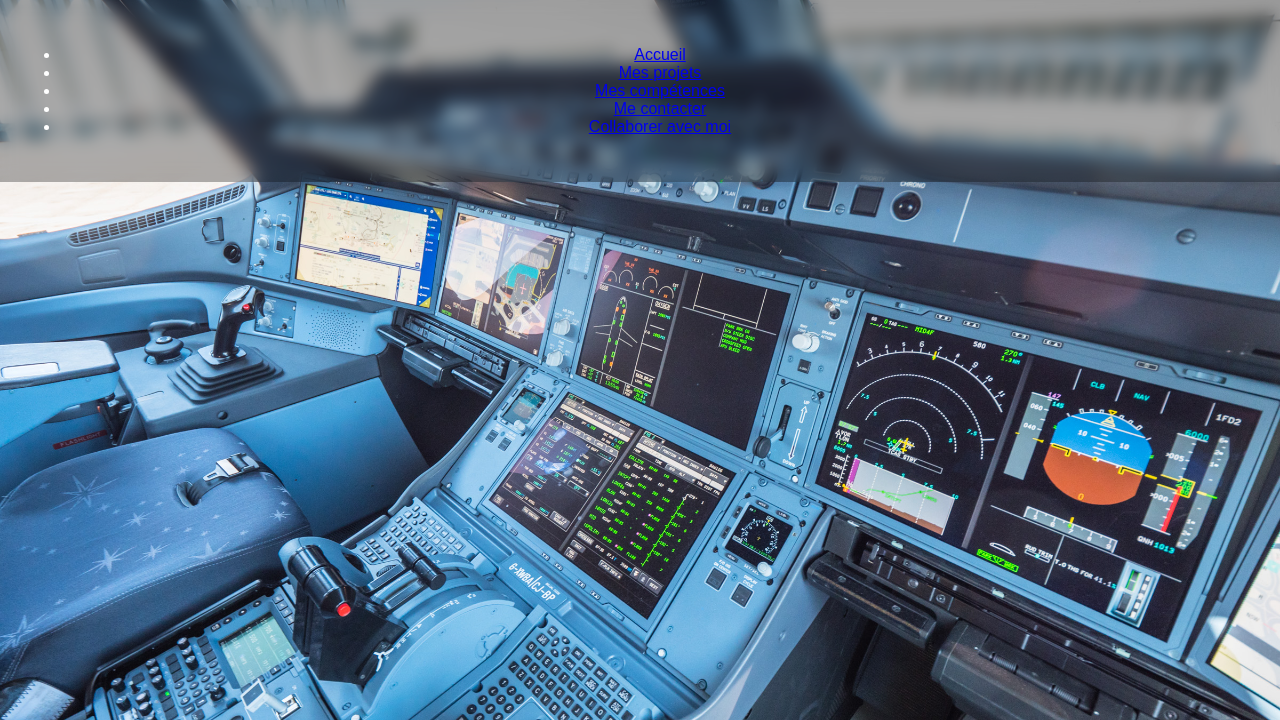
Repository: nlagardere/myportfolio
Page: competences.html
An editor plug-in stored every save of this project. The page is shown before and after the next save, followed by the edit.
The browser window is 1280 px wide. The pictures show the whole page.

Above is the page before, as saved 2025-09-06 10:37:02.

### competences.html
<!DOCTYPE html>
<html lang="en">
<head>
    <meta charset="UTF-8">
    <meta name="viewport" content="width=device-width, initial-scale=1.0">
    <title>Document</title>
    <style>
        body {
      font-family: 'Quicksand', sans-serif;
      margin: 0;
      padding: 0;
      min-height: 100vh;
      display: flex;
      flex-direction: column;
      background: url('a350.jpg') no-repeat center center;
      background-size: cover;
      color: #fff;
    }

    header {
      text-align: center;
      padding: 30px 20px;
      background: rgba(0,0,0,0.3);
      backdrop-filter: blur(8px);
    }

    /* ========== GLASS CARD ========== */
    .glasscard, .competences {
      background: rgba(255, 255, 255, 0.2);
      border-radius: 15px;
      padding: 20px;
      margin: 20px auto;
      max-width: 800px;
      backdrop-filter: blur(10px);
      box-shadow: 0 4px 30px rgba(0,0,0,0.1);
      text-align: center;
      animation: zoomPop 1s ease forwards;
      color: white;
    }

    .highlight {
      color: #FFD93D;
      font-weight: bold;
    }

    @keyframes zoomPop {
      0% { opacity: 0; transform: scale(0.1) translateZ(-800px); }
      60% { opacity: 1; transform: scale(1.2) translateZ(50px); }
      80% { transform: scale(0.95) translateZ(0); }
      100% { opacity: 1; transform: scale(1) translateZ(0); }
    }
    </style>
</head>
<body>
    <header>
    <nav class="navbar">
      <ul>
        <li class="accueil">
          <a href="index - Copie.html" class="accueil-wrapper">Accueil</a>
        </li>
        <li><a href="projects.html">Mes projets</a></li>
        <li><a href="competences.html">Mes compétences</a></li>
       <li><a href="contact.html">Me contacter</a></li>
        <li><a href="collaborate.html">Collaborer avec moi</a></li>
      </ul>
    </nav>
  </header>
</body>
</html>

After the next save:
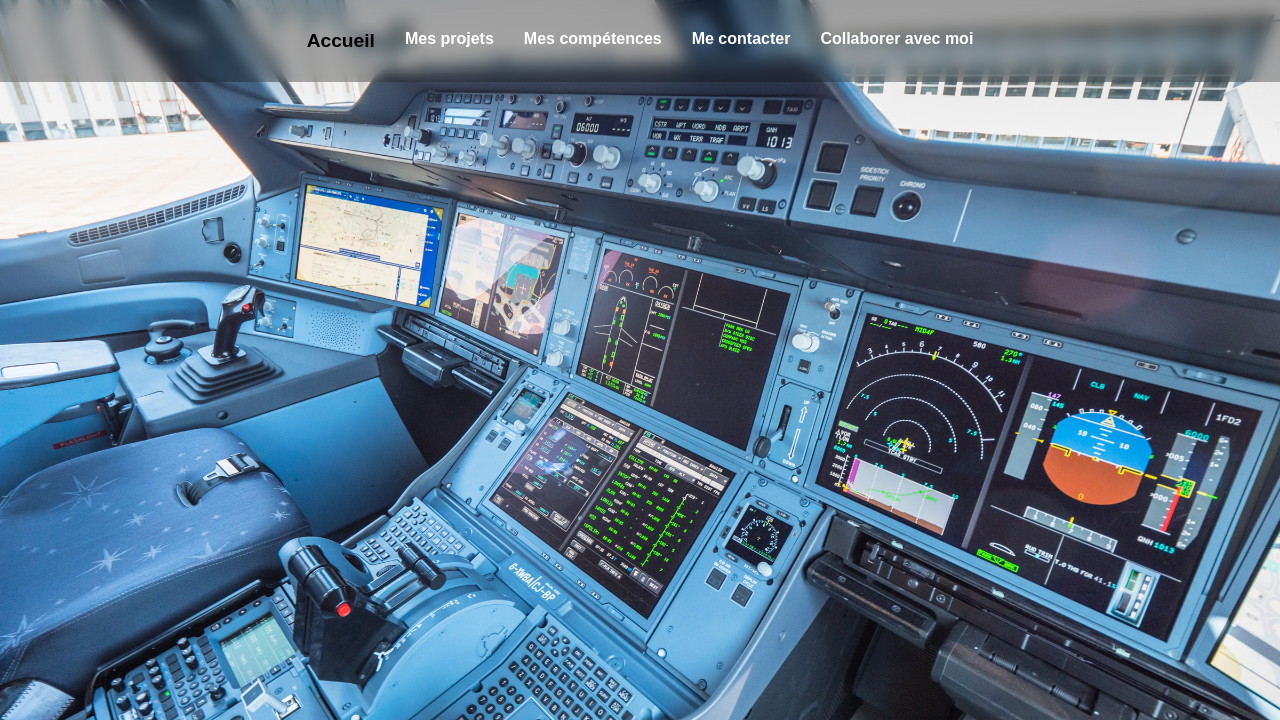
Saved 16 s later.
--- a/competences.html
+++ b/competences.html
@@ -49,6 +49,39 @@
       80% { transform: scale(0.95) translateZ(0); }
       100% { opacity: 1; transform: scale(1) translateZ(0); }
     }
+
+        .navbar ul {
+      list-style: none;
+      padding: 0;
+      margin: 0;
+      display: flex;
+      justify-content: center;
+      gap: 30px;
+      flex-wrap: wrap;
+    }
+    .navbar ul li {
+      display: inline;
+    }
+    .navbar ul li a {
+      text-decoration: none;
+      color: white;
+      font-weight: bold;
+      transition: color 0.3s;
+    }
+    .navbar ul li a:hover {
+      color: #FFD93D;
+    }
+
+    .navbar .accueil a {
+      font-size: 1.2em;
+      font-weight: bold;
+      color: #000000;
+
+
+    }
+    .navbar .accueil a:hover {
+      color: #e6e62a;
+    }
     </style>
 </head>
 <body>
